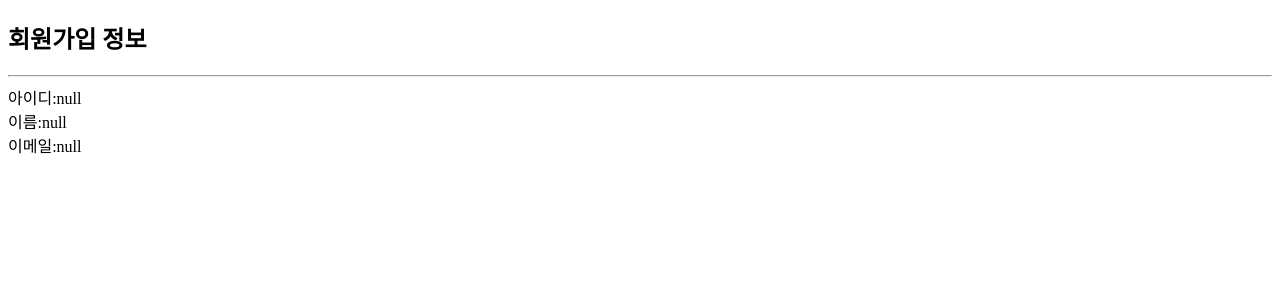
Repository: dongseon-git/WEB_JSP
Page: http://localhost/studyhtml5/jsp/j04/processJoining.jsp
An editor plug-in stored every save of this project. The page is shown before and after the next save, followed by the edit.
The browser window is 1280 px wide. The pictures show the whole page.
The page is served by Tomcat 9. Nobody is signed in. The application's start-up code is not run.

Above is the page before, as saved 2022-05-19 00:42:53.

After the next save:
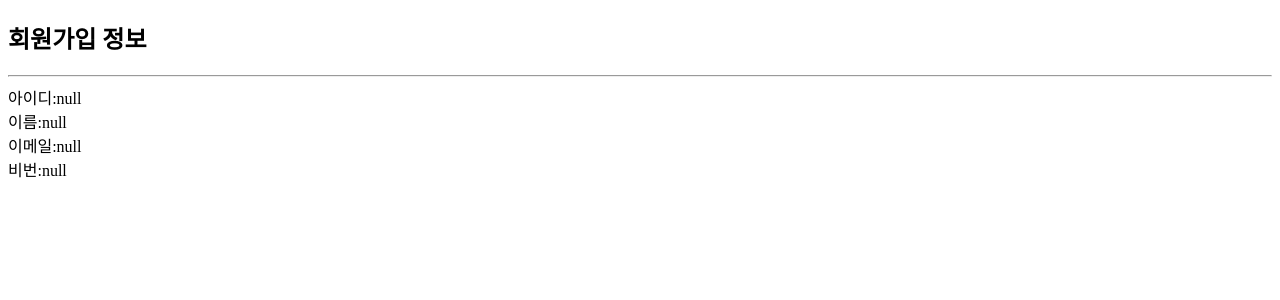
Saved 4 min 8 s later.
--- a/workspace/studyhtml5/WebContent/jsp/j04/processJoining.jsp
+++ b/workspace/studyhtml5/WebContent/jsp/j04/processJoining.jsp
@@ -5,6 +5,7 @@ request.setCharacterEncoding("utf-8");
 %>
 <!-- MemberInfo  memberInfo = new MemberInfo() -->
 <jsp:useBean id="memberInfo" class="com.pcwk.j04.MemberInfo"/>
+<!-- MemberInfo set에 값을 메핑 -->
 <jsp:setProperty name="memberInfo" property="*"/>
 <!-- 비번 -->
 <jsp:setProperty name="memberInfo" property="password"  value="<%=memberInfo.getId() %>"/>
@@ -20,6 +21,7 @@ request.setCharacterEncoding("utf-8");
 <hr/>
 아이디:<%= memberInfo.getId() %><br/>
 이름:<%=memberInfo.getName() %><br/>
-이메일:<%=memberInfo.getEmail() %>
+이메일:<%=memberInfo.getEmail() %><br/>
+비번:<jsp:getProperty property="password" name="memberInfo"/>
 </body>
 </html>
